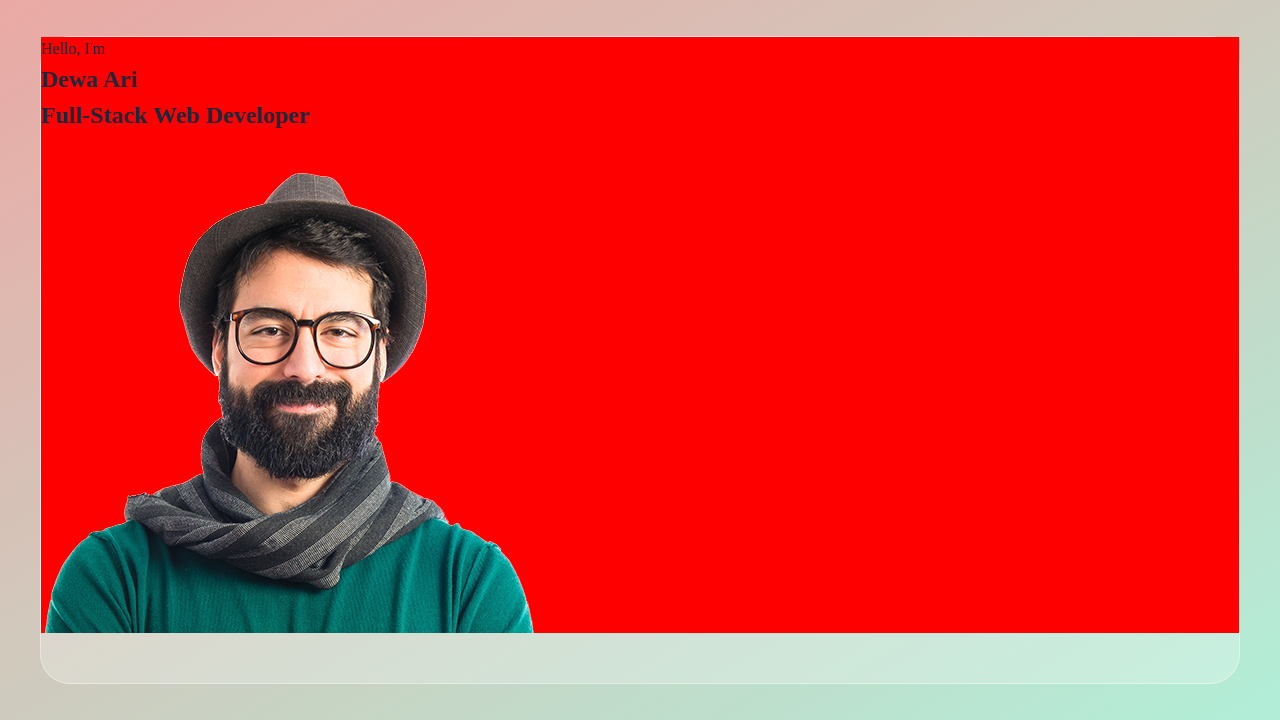
Repository: dewaary/Glassmorp-me
Page: index.html
An editor plug-in stored every save of this project. The page is shown before and after the next save, followed by the edit.
The browser window is 1280 px wide. The pictures show the whole page.

Above is the page before, as saved 2021-05-12 22:06:41.

After the next save:
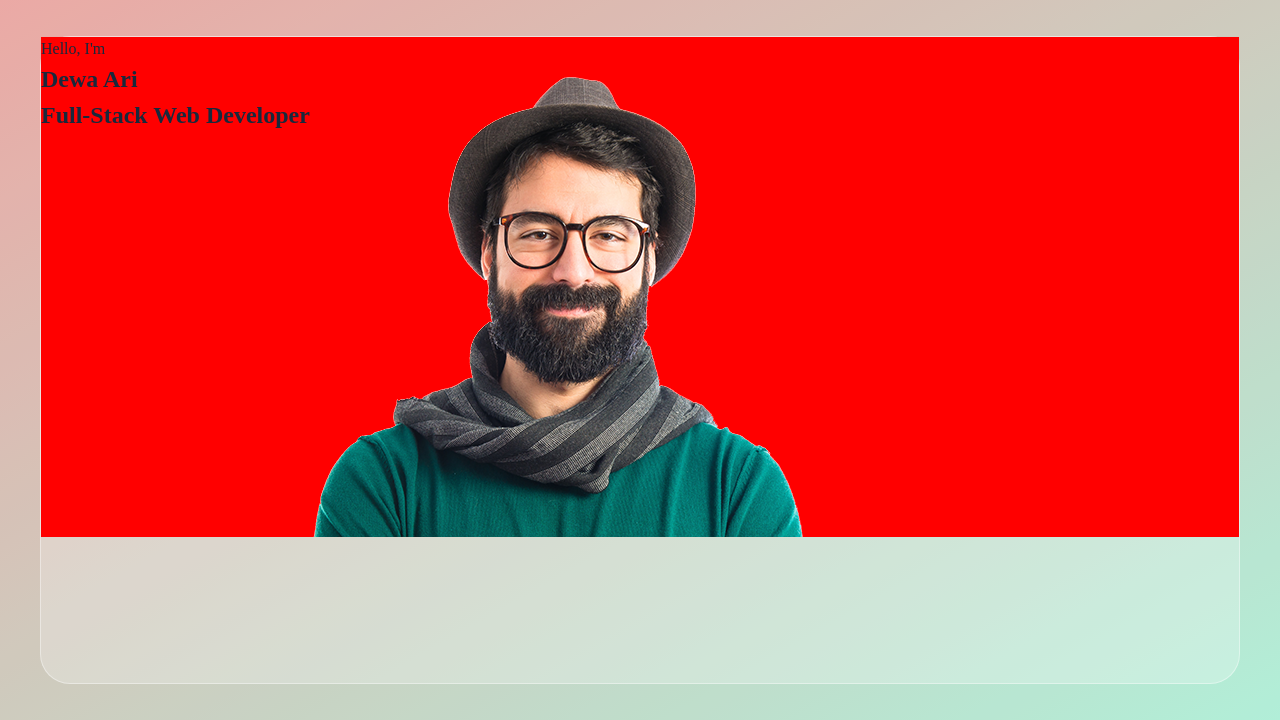
Saved 52 s later.
--- a/style.css
+++ b/style.css
@@ -66,6 +66,14 @@ section {
     margin: auto;
 }
 
+.row{
+    display: flex;
+    flex-wrap: wrap;
+}
+
 .container {
     background-color: red;
 }
+
+/*
+Home Section */
